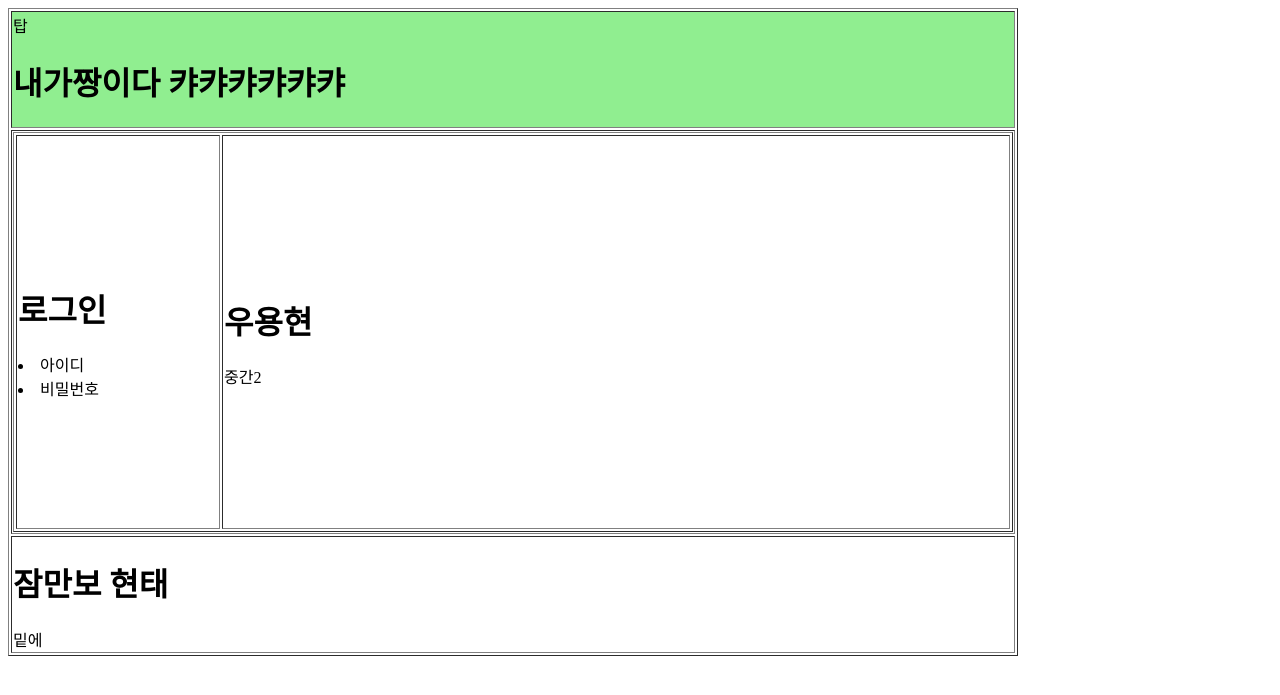
Repository: ikobean/ikoebean
Page: http://localhost/dev_jsp/ch07/index.jsp
The author's editor kept a copy of each file at every save. The page is drawn from the files as they stood at one save, then again after the next save.
The browser window is 1280 px wide. The pictures show the whole page.
The page is served by Tomcat 9.

Above is the page before, as saved 2019-07-17 02:07:01.

After the next save:
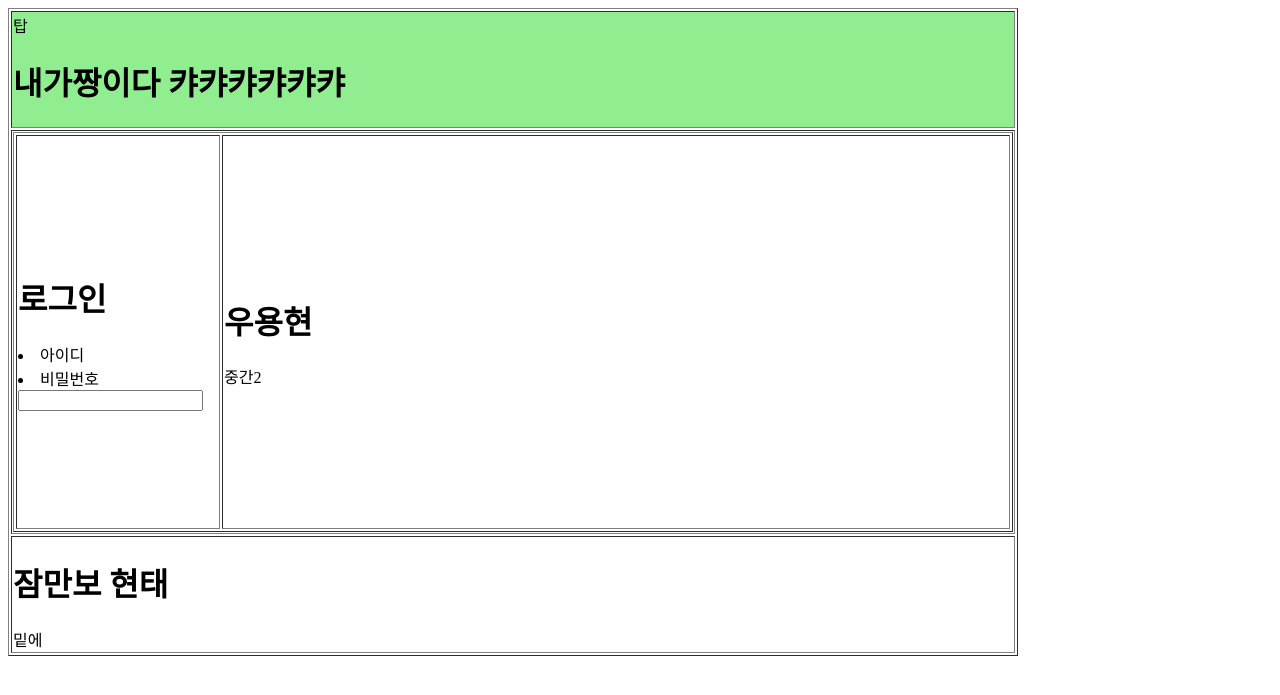
Saved 16 s later.
--- a/workspace_jsp/dev_jsp/WebContent/ch07/menu.jsp
+++ b/workspace_jsp/dev_jsp/WebContent/ch07/menu.jsp
@@ -10,6 +10,6 @@
 <h1>로그인</h1>
 <li>아이디</li>
 <li>비밀번호</li>
-
+<input button="로그인">
 </body>
 </html>
